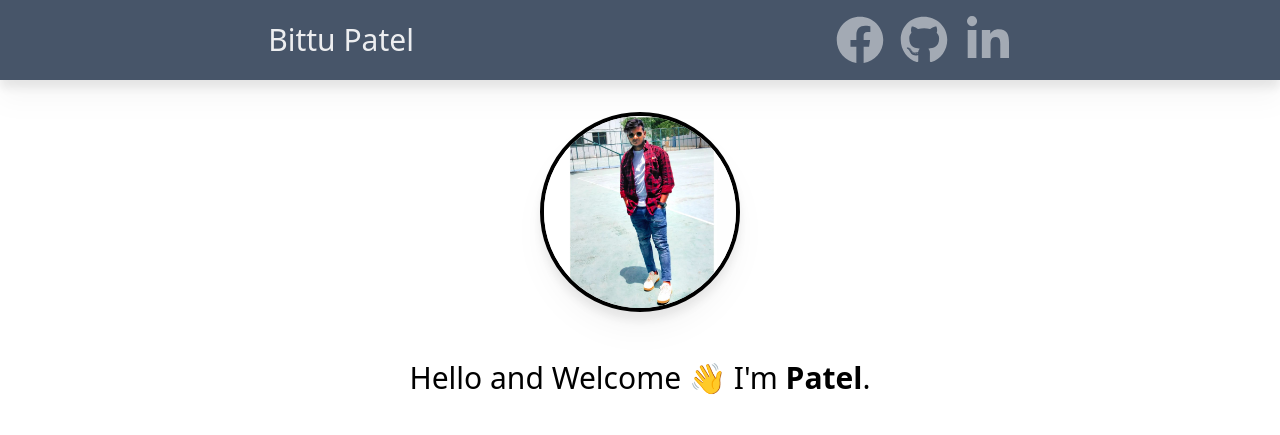
Repository: bittu-Patel/abhi
Page: /
These files come from the project's save history. The page is drawn as it stood at one moment and after the next save; the edit follows.
The browser window is 1280 px wide. The pictures show the whole page.
The project was rebuilt for these pictures with package versions that can differ from the ones it lists, and the page was loaded fresh each time. The framework's server and built-in components were replaced by stand-ins that run in the browser. Also part of the build but not shown: next.config.js.

Above is the page before, as saved 2023-08-25 12:23:37.

After the next save:
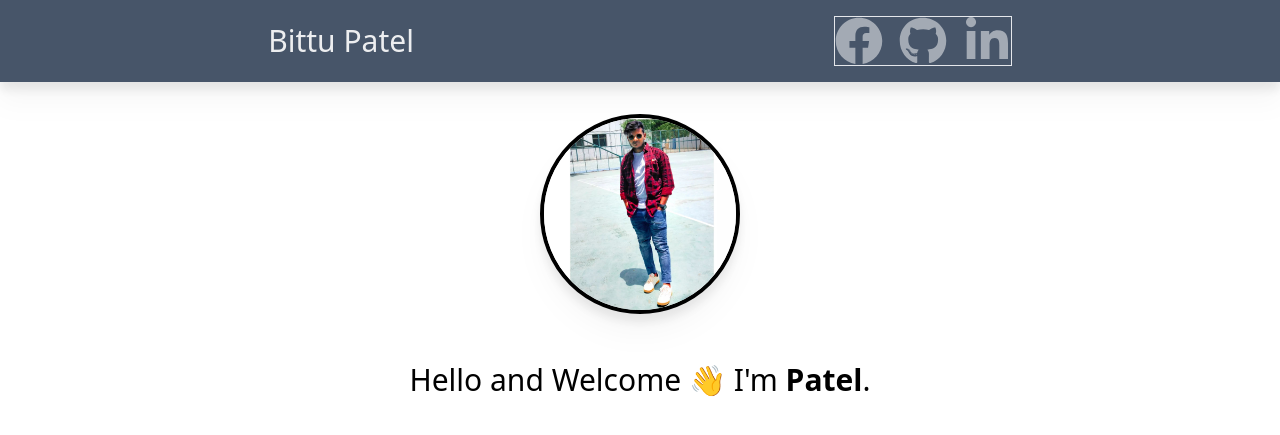
Saved 4 s later.
--- a/app/components/Navbar.tsx
+++ b/app/components/Navbar.tsx
@@ -8,7 +8,7 @@
                 <h1 className="text-3xl font-bold text-white grid place-content-center mb-2 md:mb-0">
                     <Link href="/" className="text-white/90 no-underline hover:text-white">Bittu Patel</Link>
                 </h1>
-                <div className="flex  flex-row justify-center sm:justify-evenly align-middle gap-4 text-white text-4xl lg:text-5xl">
+                <div className="flex border flex-row justify-center sm:justify-evenly align-middle gap-4 text-white text-4xl lg:text-5xl">
                     <Link className="text-white/50 hover:text-white" href="https://www.facebook.com/profile.php?id=100015418443412">
                         <FaFacebook />
                     </Link>

After the 2 saves that followed:
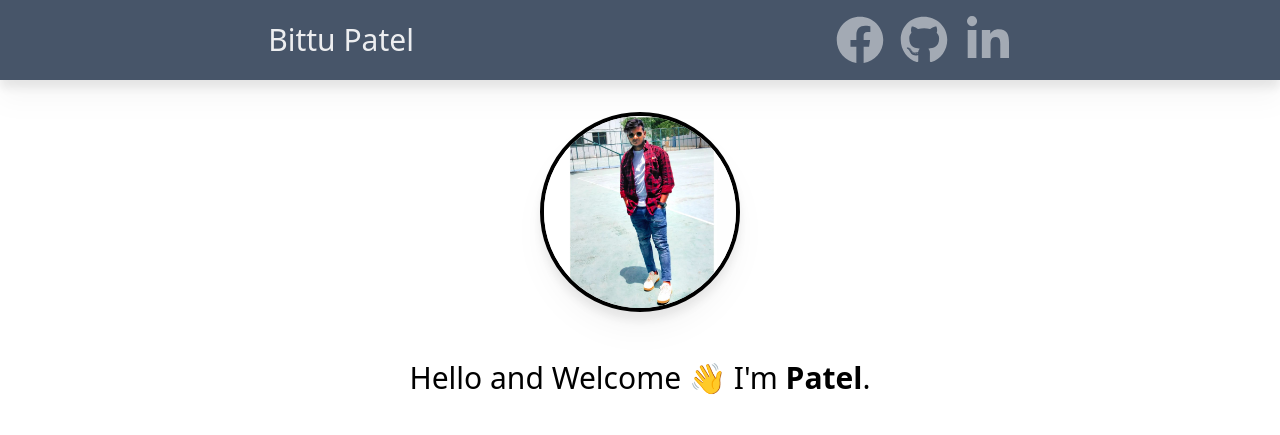
The 2 saves are shown as one change because they came seconds apart.
The last was saved 5 s later.
--- a/app/components/Navbar.tsx
+++ b/app/components/Navbar.tsx
@@ -8,7 +8,7 @@
                 <h1 className="text-3xl font-bold text-white grid place-content-center mb-2 md:mb-0">
                     <Link href="/" className="text-white/90 no-underline hover:text-white">Bittu Patel</Link>
                 </h1>
-                <div className="flex border flex-row justify-center sm:justify-evenly align-middle gap-4 text-white text-4xl lg:text-5xl">
+                <div className="flex border-radius flex-row justify-center sm:justify-evenly align-middle gap-4 text-white text-4xl lg:text-5xl">
                     <Link className="text-white/50 hover:text-white" href="https://www.facebook.com/profile.php?id=100015418443412">
                         <FaFacebook />
                     </Link>
